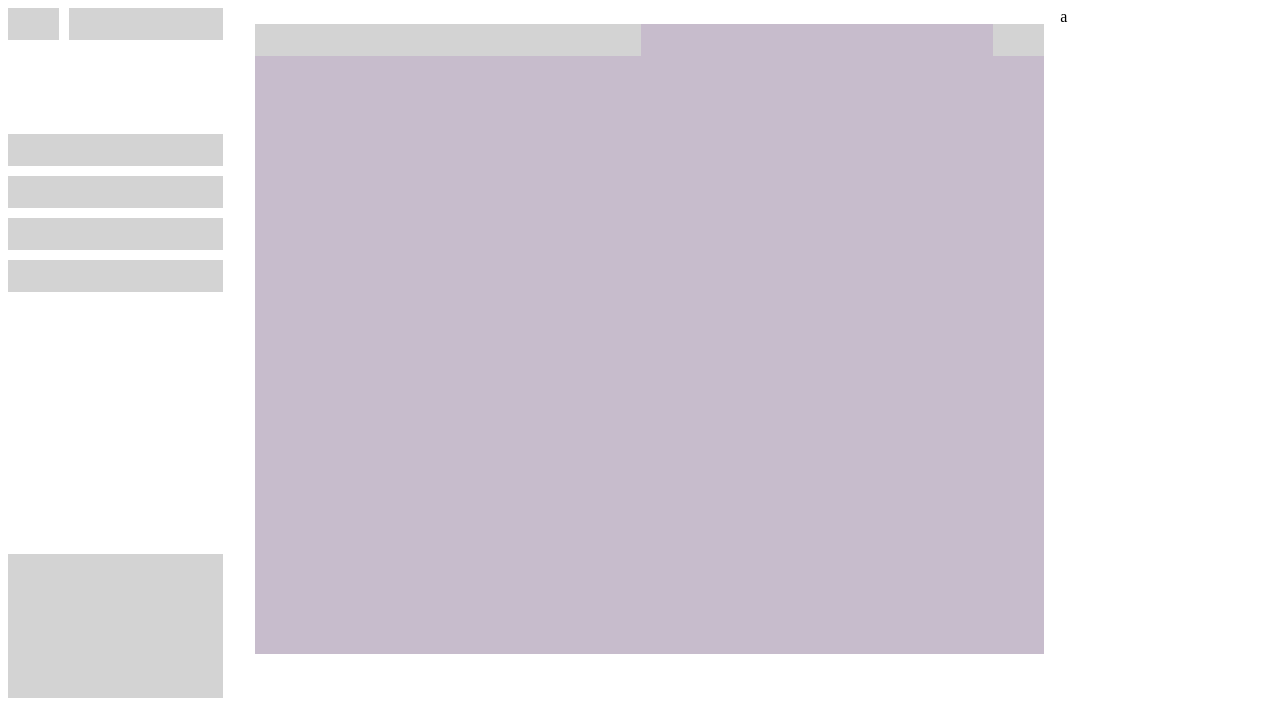
Repository: tr2cky/exercise2
Page: index.html
These files come from the project's save history. The page is drawn as it stood at one moment and after the next save; the edit follows.
The browser window is 1280 px wide. The pictures show the whole page.

Above is the page before, as saved 2022-10-01 11:55:14.

After the next save:
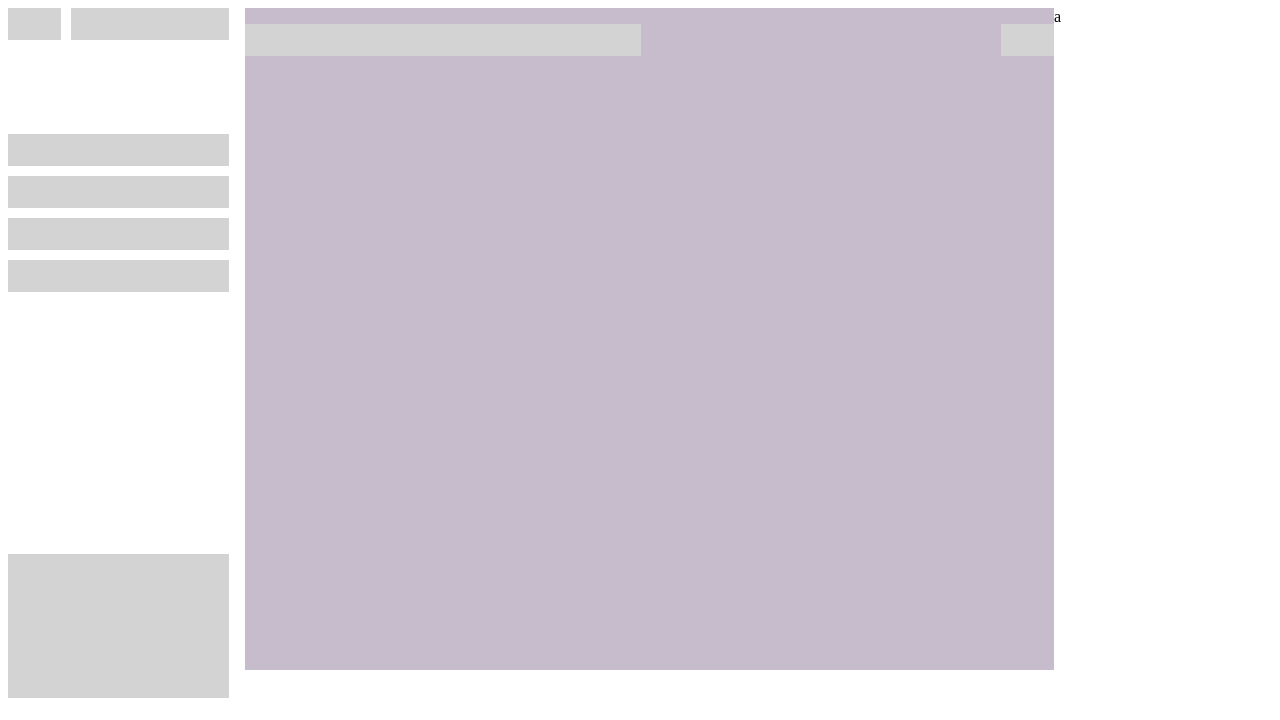
Saved 29 s later.
--- a/style.css
+++ b/style.css
@@ -10,7 +10,7 @@ main {
     grid-template-columns: repeat(12, 1fr);
     grid-auto-rows: 2em;
     grid-gap: 1em;
-    margin: 1em;
+    padding-top: 1em;
 }
 .side1 {
     flex-grow: 1;
